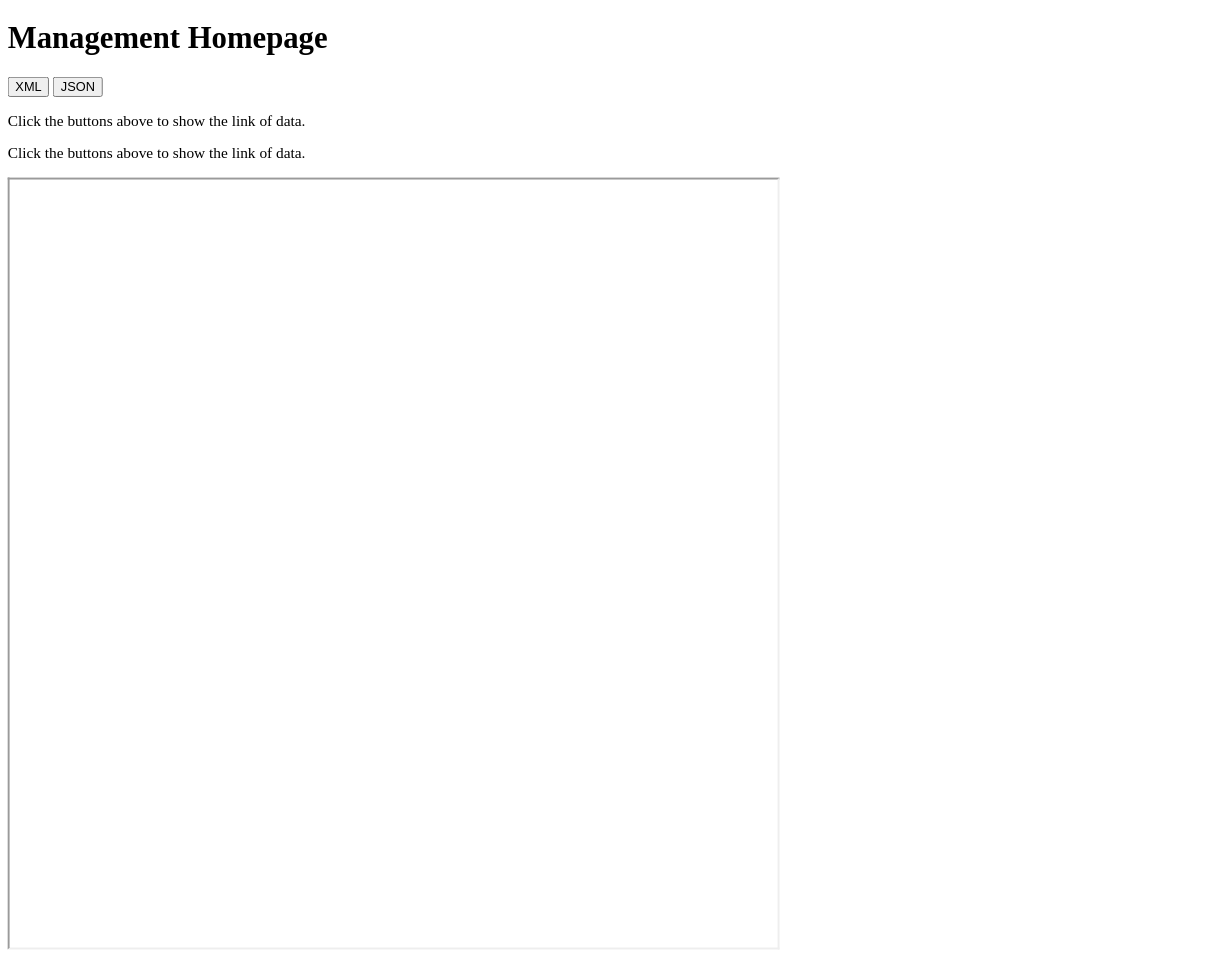
Repository: infsci2560sp16/full-stack-web-project-navis09
Page: hello/WebContent/index.html
These files come from the project's save history. The page is drawn as it stood at one moment and after the next save; the edit follows.
The browser window is 1280 px wide. The pictures show the whole page, at 96% of full size.

Above is the page before, as saved 2016-03-30 22:59:59.

### hello/WebContent/index.html
<!DOCTYPE html>
<html>
<head>
<meta charset="UTF-8">
<title>Management Homepage</title>
<script>
	function setXML(){
		document.getElementById("content").innerHTML=
			"<a href='http://localhost:8080/hello/rest/BookResource/XML'>XML</a>";
		document.getElementById("source").src="http://localhost:8080/hello/rest/BookResource/XML";
	}
	function setJSON(){
		document.getElementById("content").innerHTML=
			"<a href='http://localhost:8080/hello/rest/BookResource/JSON'>JSON</a>";
		document.getElementById("source").src="http://localhost:8080/hello/rest/BookResource/JSON";
	}
</script>

</head>
<body>
<h1>Management Homepage</h1>


	<button onclick = "setXML()">XML</button>
	<button onclick = "setJSON()">JSON</button>
	<p>Click the buttons above to show the link of data.</p>
	<p id="content">
	Click the buttons above to show the link of data.
    </p>
    <iframe id="source" src="" width="800" height="800"></iframe>


</body>
</html>

After the next save:
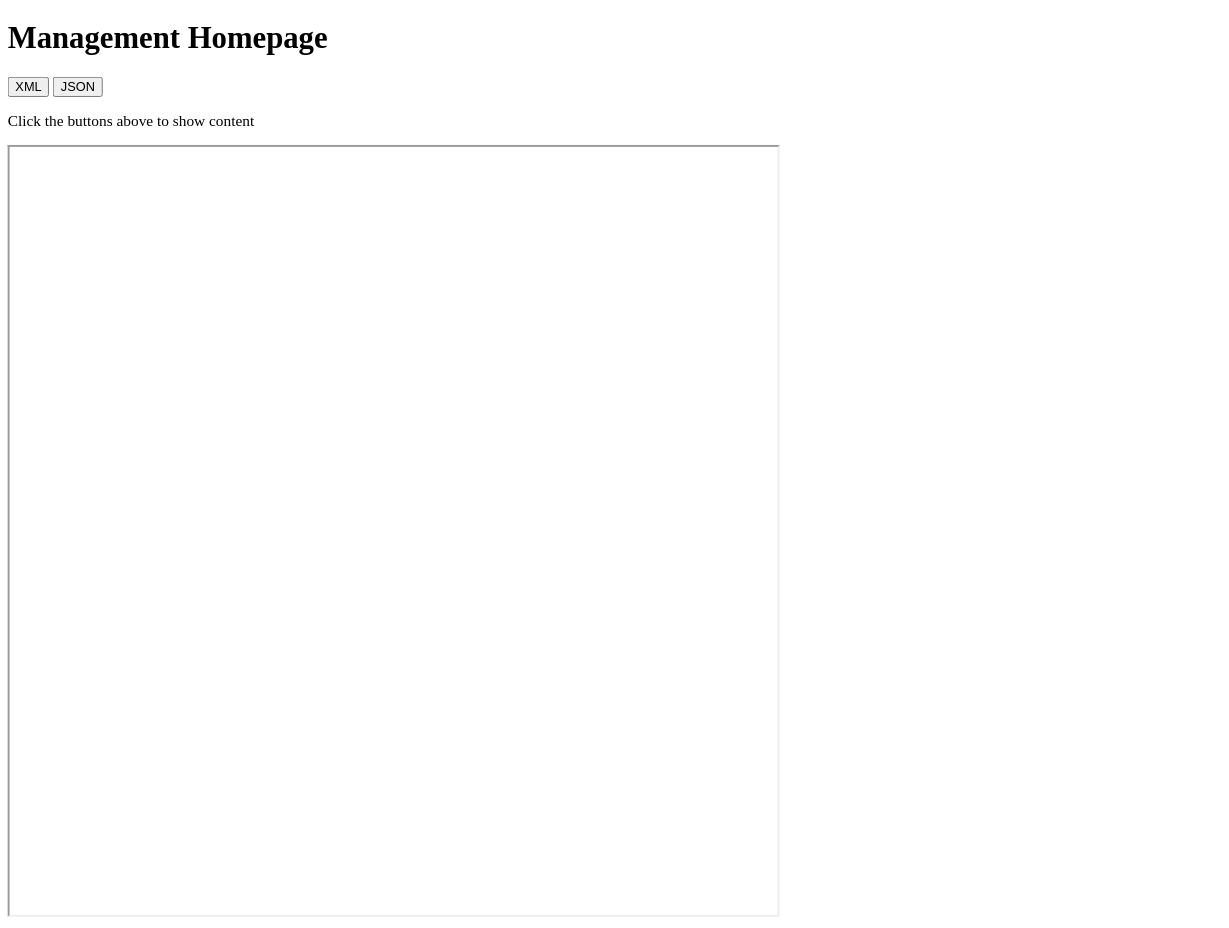
Saved 2 min 0 s later.
--- a/hello/WebContent/index.html
+++ b/hello/WebContent/index.html
@@ -23,11 +23,11 @@
 
 	<button onclick = "setXML()">XML</button>
 	<button onclick = "setJSON()">JSON</button>
-	<p>Click the buttons above to show the link of data.</p>
+	<p>Click the buttons above to show content</p>
 	<p id="content">
-	Click the buttons above to show the link of data.
+
     </p>
-    <iframe id="source" src="" width="800" height="800"></iframe>
+    <iframe id="source" src="" border="0" width="800" height="800"></iframe>
 
 
 </body>
